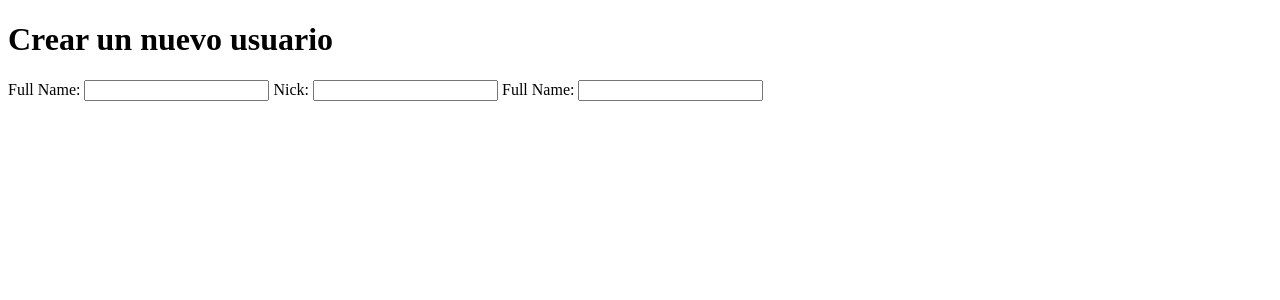
Repository: VinnySil/membresia
Page: http://localhost/users/create
An editor plug-in stored every save of this project. The page is shown before and after the next save, followed by the edit.
The browser window is 1280 px wide. The pictures show the whole page.
The page is served by the project's Laravel application, run on PHP 8.4 with Laravel 12. Other server files are loaded and not shown.

Above is the page before, as saved 2024-12-06 19:17:05.

### routes/web.php
<?php

use App\Http\Controllers\UserController;
use Illuminate\Support\Facades\Route;

Route::get('/', function () {
    return view('welcome');
});

//Endpoint para el crud de usuarios
Route::resource('users', UserController::class);

### app/Http/Controllers/UserController.php
<?php

namespace App\Http\Controllers;

use App\Models\User;
use Illuminate\Http\Request;

class UserController extends Controller
{
    /**
     * Display a listing of the resource.
     */
    public function index()
    {
        $users = User::all();
        return view('users.index', compact('users'));
    }

    /**
     * Show the form for creating a new resource.
     */
    public function create()
    {
        return view('users.create');
    }

    /**
     * Store a newly created resource in storage.
     */
    public function store(Request $request)
    {
        //
    }

    /**
     * Display the specified resource.
     */
    public function show(User $user)
    {
        //
    }

    /**
     * Show the form for editing the specified resource.
     */
    public function edit(User $user)
    {
        //
    }

    /**
     * Update the specified resource in storage.
     */
    public function update(Request $request, User $user)
    {
        //
    }

    /**
     * Remove the specified resource from storage.
     */
    public function destroy(User $user)
    {
        //
    }
}

### resources/views/users/create.blade.php
<!DOCTYPE html>
<html lang="en">
<head>
    <meta charset="UTF-8">
    <meta name="viewport" content="width=device-width, initial-scale=1.0">
    <meta http-equiv="X-UA-Compatible" content="ie=edge">
    <title>Document</title>
</head>
<body>
    <h1>Crear un nuevo usuario</h1>

    <form action="{{ route('users.store') }}">
        <label for="fullname">Full Name:</label>
        <input type="text" name="fullname">
        <label for="nick">Nick:</label>
        <input type="text" name="nick">
        <label for="nif">Full Name:</label>
        <input type="text" name="nif">

    </form>
</body>
</html>

Loaded but not shown: app/Http/Controllers/Controller.php (common file)

After the next save:
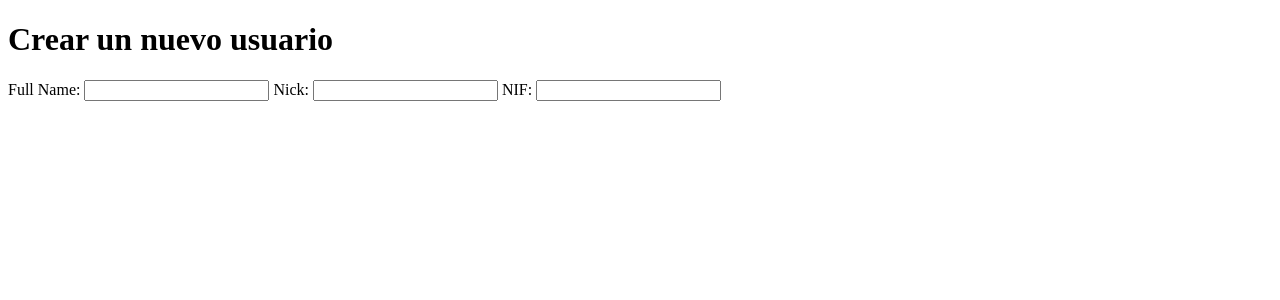
Saved 21 s later.
--- a/resources/views/users/create.blade.php
+++ b/resources/views/users/create.blade.php
@@ -14,7 +14,7 @@
         <input type="text" name="fullname">
         <label for="nick">Nick:</label>
         <input type="text" name="nick">
-        <label for="nif">Full Name:</label>
+        <label for="nif">NIF:</label>
         <input type="text" name="nif">
 
     </form>
